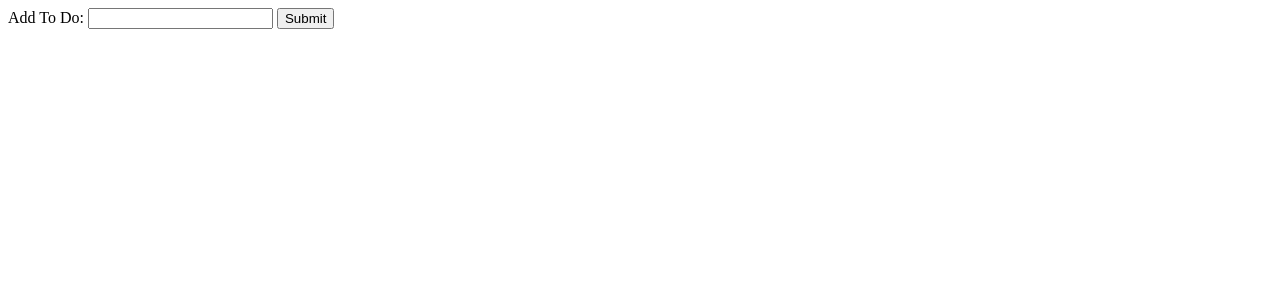
Repository: souptikmaiti/j2ee-practice
Page: http://localhost/jspdemo/todo-demo.jsp
An editor plug-in stored every save of this project. The page is shown before and after the next save, followed by the edit.
The browser window is 1280 px wide. The pictures show the whole page.
The page is served by Tomcat 9.

Above is the page before, as saved 2021-01-09 06:28:14.

After the next save:
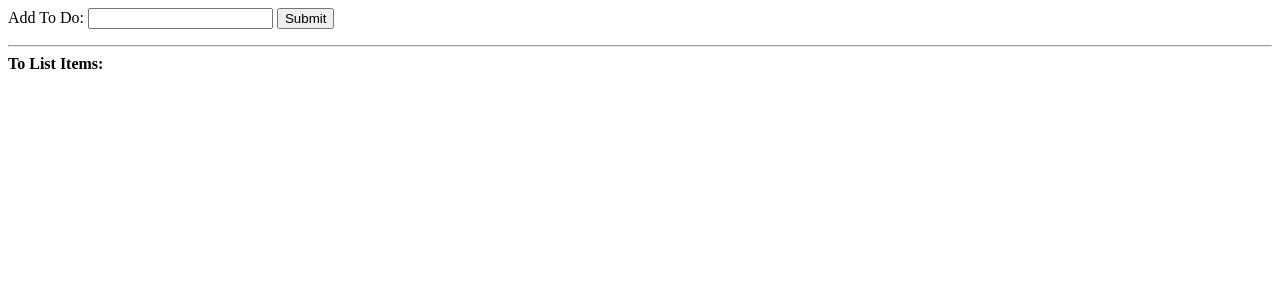
Saved 23 s later.
--- a/jspdemo/WebContent/todo-demo.jsp
+++ b/jspdemo/WebContent/todo-demo.jsp
@@ -35,6 +35,9 @@
 
 	%>
 
+	<hr>
+<b>To List Items:</b> <br/>
+
     <ol>
     	<%
 
